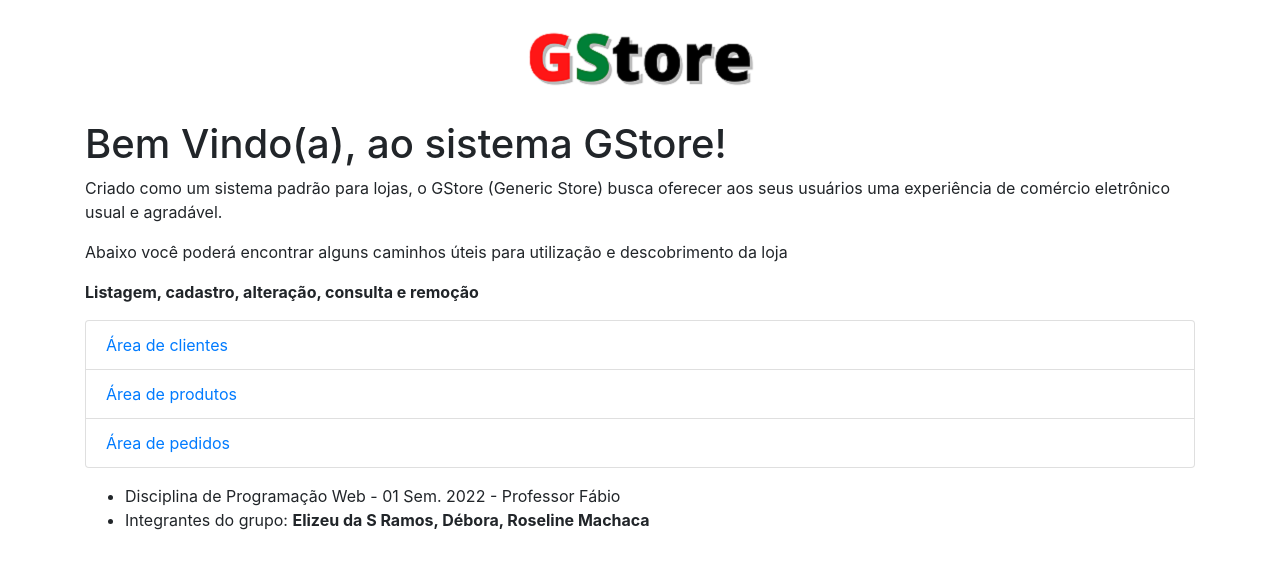
Repository: ElizeusRamos/gstore
Page: GStoreWorkspace/GStoreWeb/WebContent/index.html
These files come from the project's save history. The page is drawn as it stood at one moment and after the next save; the edit follows.
The browser window is 1280 px wide. The pictures show the whole page.

Above is the page before, as saved 2022-05-30 19:33:58.

After the next save:
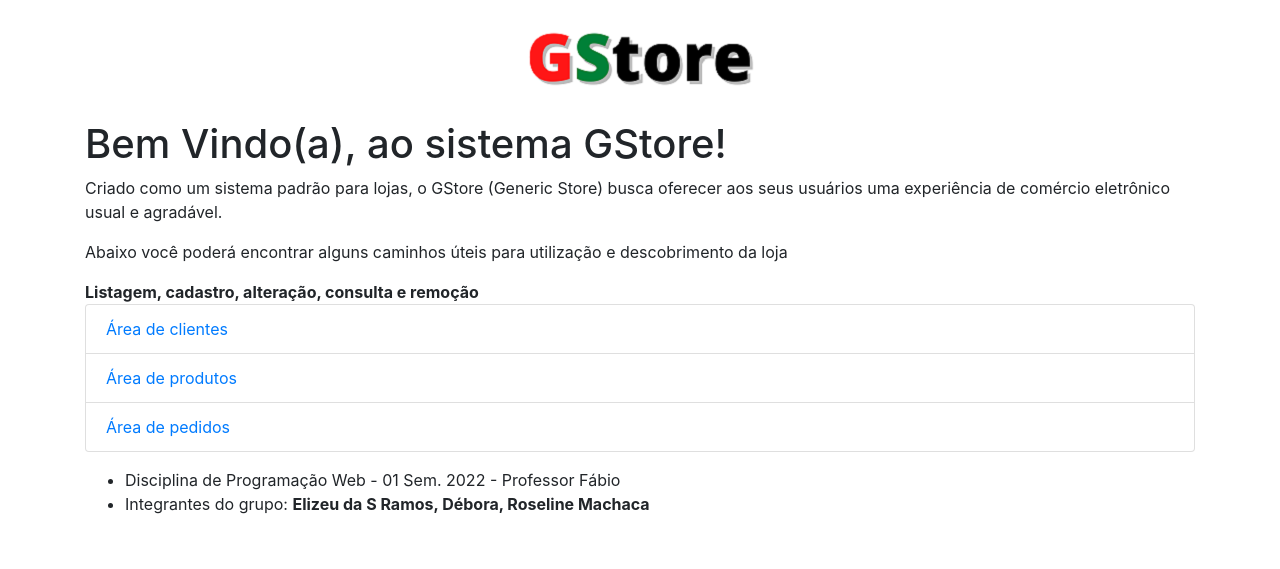
Saved 22 s later.
--- a/GStoreWorkspace/GStoreWeb/WebContent/index.html
+++ b/GStoreWorkspace/GStoreWeb/WebContent/index.html
@@ -23,14 +23,14 @@
 			<p>
 				Abaixo você poderá encontrar alguns caminhos úteis para utilização e descobrimento da loja
 			</p>
-			<p>
+
 				<strong>Listagem, cadastro, alteração, consulta e remoção</strong>
 				<ul class="list-group">
 					<li class="list-group-item"><a href="ClienteController">Área de clientes</a></li>
 					<li class="list-group-item"><a href="ProdutoController">Área de produtos</a></li>
 					<li class="list-group-item"><a href="PedidoController">Área de pedidos</a></li>
 				</ul>
-			</p>
+
 
 			<p>
 				<ul>

After the save that followed:
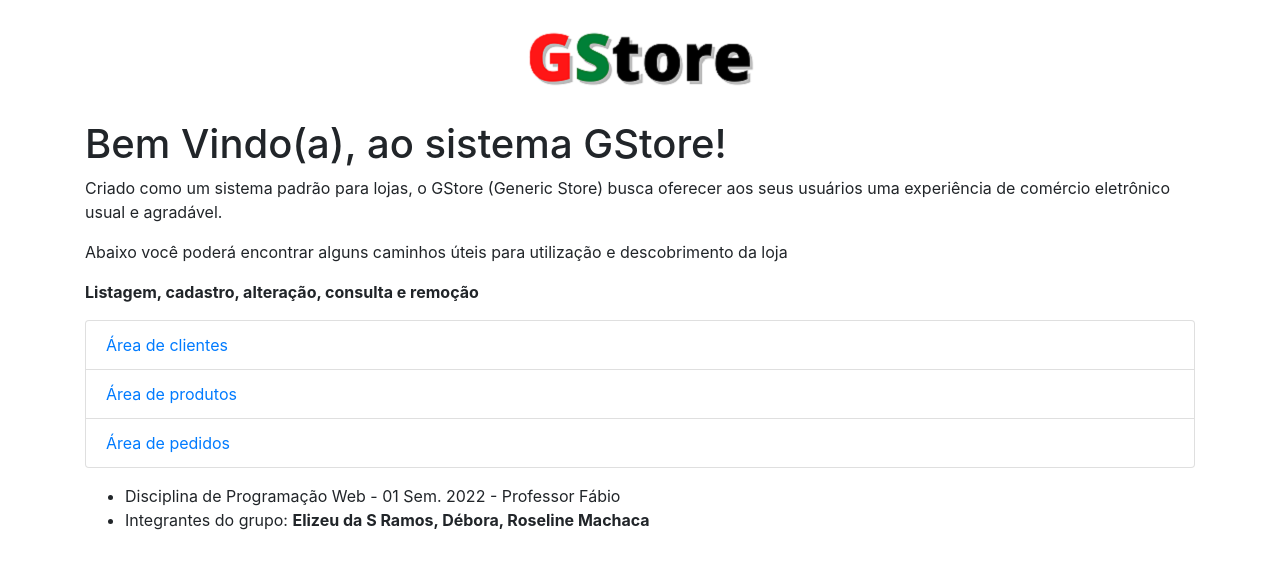
Saved 34 s later.
--- a/GStoreWorkspace/GStoreWeb/WebContent/index.html
+++ b/GStoreWorkspace/GStoreWeb/WebContent/index.html
@@ -23,14 +23,12 @@
 			<p>
 				Abaixo você poderá encontrar alguns caminhos úteis para utilização e descobrimento da loja
 			</p>
-
-				<strong>Listagem, cadastro, alteração, consulta e remoção</strong>
+			<p><strong>Listagem, cadastro, alteração, consulta e remoção</strong>
 				<ul class="list-group">
 					<li class="list-group-item"><a href="ClienteController">Área de clientes</a></li>
 					<li class="list-group-item"><a href="ProdutoController">Área de produtos</a></li>
 					<li class="list-group-item"><a href="PedidoController">Área de pedidos</a></li>
-				</ul>
-
+			</ul></p>
 
 			<p>
 				<ul>
